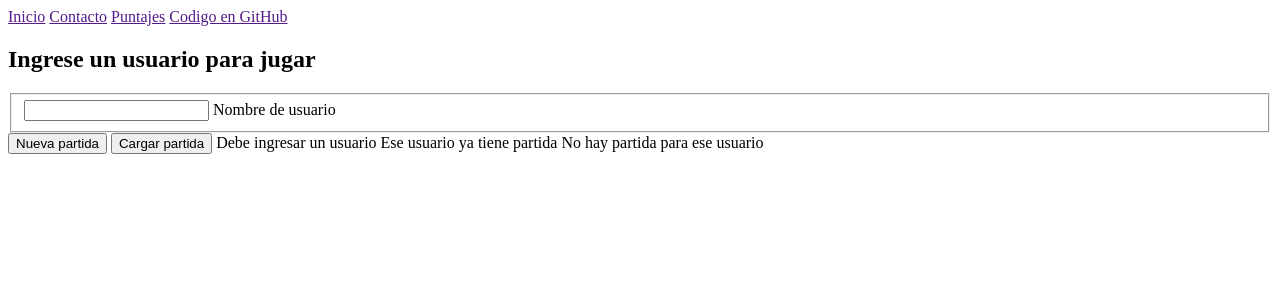
Repository: FacundoKinderknecht/FacundoKinderknecht_Wordle_Game_LPPA
Page: index.html
These files come from the project's save history. The page is drawn as it stood at one moment and after the next save; the edit follows.
The browser window is 1280 px wide. The pictures show the whole page.

Above is the page before, as saved 2023-08-08 02:42:54.

After the next save:
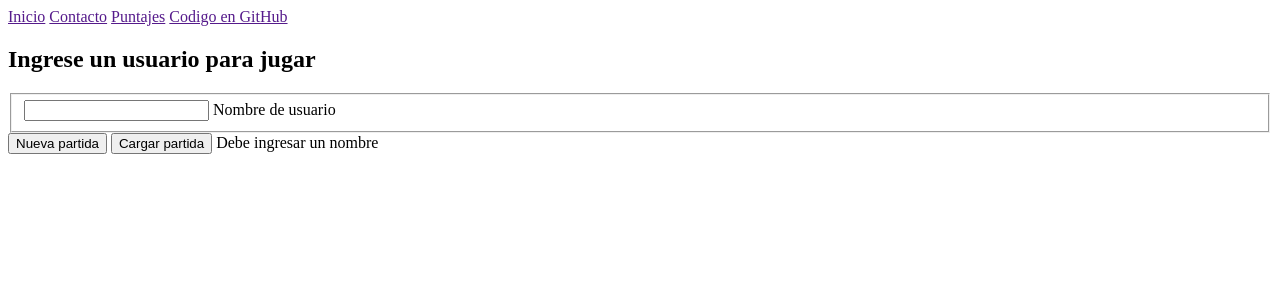
Saved 23 s later.
--- a/index.html
+++ b/index.html
@@ -28,9 +28,7 @@
                 </fieldset>
                 <input type="button" class="form-button" value="Nueva partida" id="btn-new">
                 <input type="button" class="form-button" value="Cargar partida" id="btn-load">
-                <label class="form-txt-error hidden" id="error-empty">Debe ingresar un usuario</label>
-                <label class="form-txt-error hidden" id="error-new">Ese usuario ya tiene partida</label>
-                <label class="form-txt-error hidden" id="error-load">No hay partida para ese usuario</label>
+                <label class="form-txt-error hidden" id="error-empty">Debe ingresar un nombre</label>
             </form>
         </div>
     </body>
